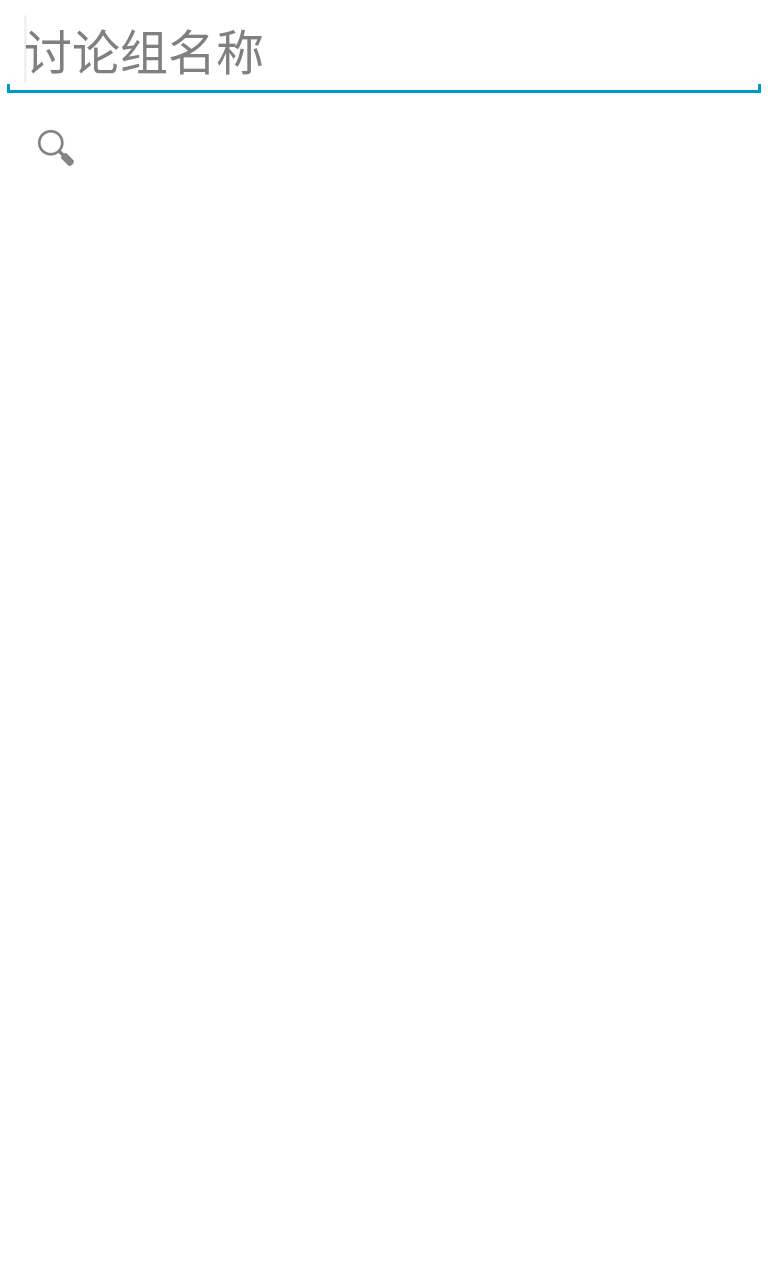
Repository: aojue/HappyAA
Layout: HappyAA/res/layout/creat_tell.xml
The author's editor kept a copy of each file at every save. The layout is drawn from the files as they stood at one save, then again after the next save.
It is drawn on a 768 x 1280 px phone screen (xhdpi) without system bars, with theme AppTheme; the app's code is not run.

Above is the layout before, as saved 2014-10-24 16:34:53.

### HappyAA/res/layout/creat_tell.xml
<?xml version="1.0" encoding="utf-8"?>

<ScrollView xmlns:android="http://schemas.android.com/apk/res/android"
    xmlns:tools="http://schemas.android.com/tools"
    android:layout_width="match_parent"
    android:layout_height="match_parent"
    tools:context=".CreatTell" >

    <LinearLayout
        android:id="@+id/Linearlayout2"
        android:layout_width="match_parent"
        android:layout_height="wrap_content"
        android:orientation="vertical" >

        <EditText
            android:id="@+id/editText1"
            android:layout_width="match_parent"
            android:layout_height="wrap_content"
            android:ems="10"
            android:hint="讨论组名称"
            android:inputType="text"
            android:textSize="24sp"
            android:layout_gravity="center_vertical">

            <requestFocus />
        </EditText>

        <SearchView
            android:id="@+id/searchView1"
            android:layout_width="wrap_content"
            android:layout_height="wrap_content"
             android:hint="搜索" >

        </SearchView>

    </LinearLayout>

</ScrollView>

Loaded but not shown: HappyAA/res/values/styles.xml (common file); HappyAA/res/values-v11/styles.xml (common file); HappyAA/res/values-v14/styles.xml (common file)

After the next save:
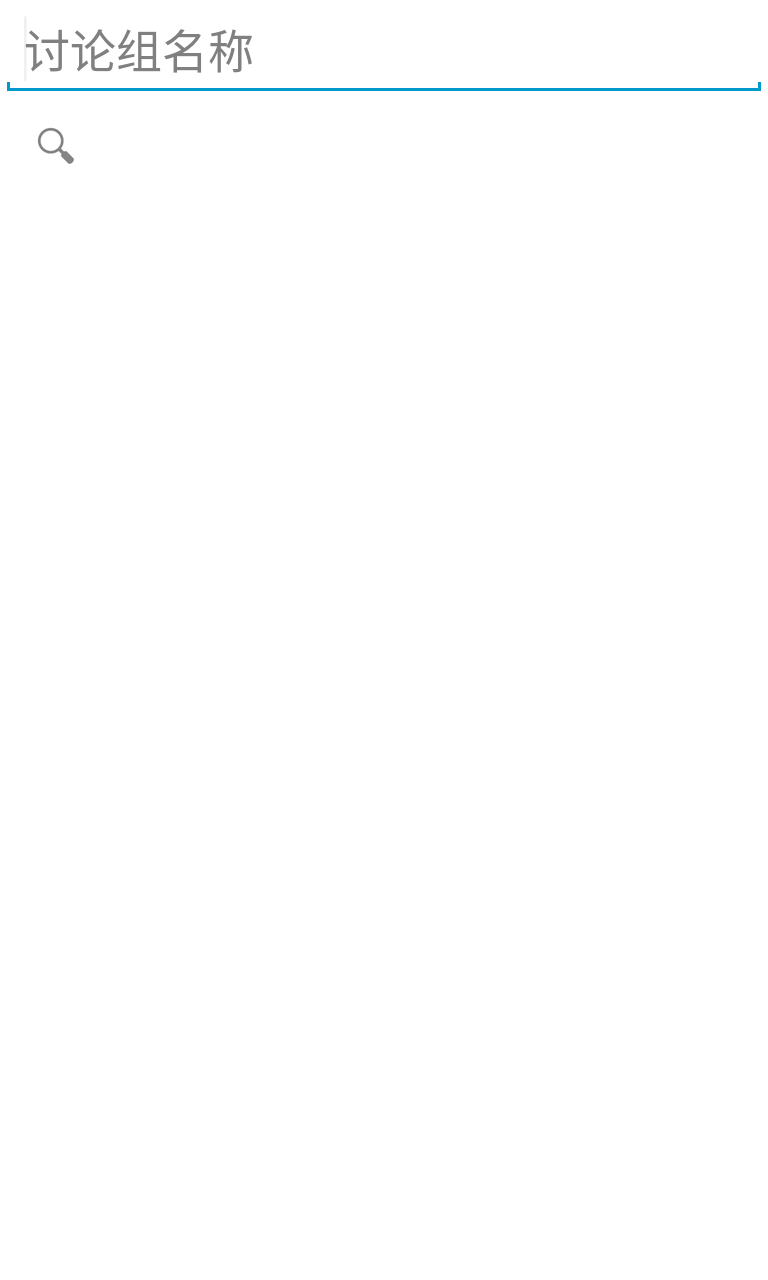
Saved 23 s later.
--- a/HappyAA/res/layout/creat_tell.xml
+++ b/HappyAA/res/layout/creat_tell.xml
@@ -19,7 +19,7 @@
             android:ems="10"
             android:hint="讨论组名称"
             android:inputType="text"
-            android:textSize="24sp"
+            android:textSize="23sp"
             android:layout_gravity="center_vertical">
 
             <requestFocus />
